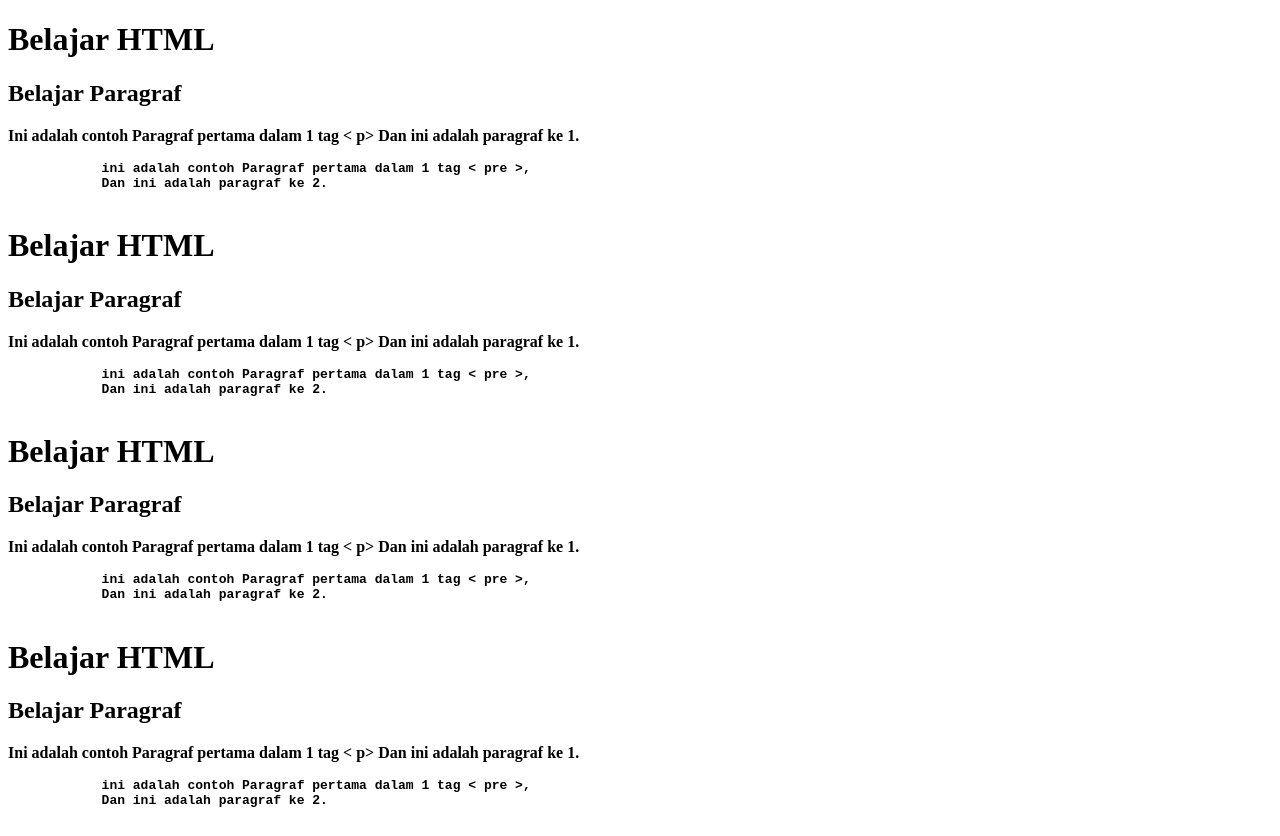
Repository: Gibekkk/WebPro
Page: Tugas HTML 1/index.html
The author's editor kept a copy of each file at every save. The page is drawn from the files as they stood at one save, then again after a run of saves.
The browser window is 1280 px wide. The pictures show the whole page.

Above is the page before, as saved 2024-03-25 09:48:22.

After the next 7 saves:
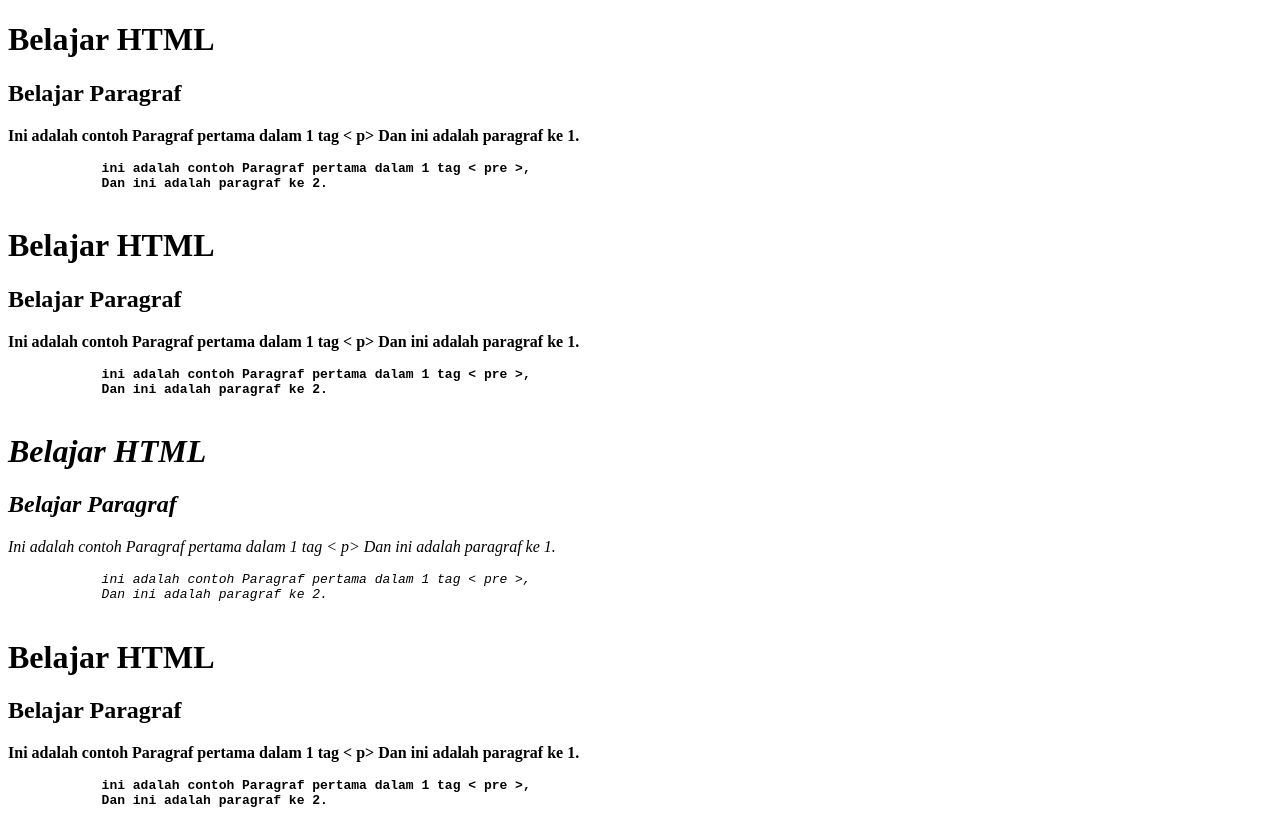
The 7 saves are shown as one change because they came seconds apart.
The last was saved 18 s later.
--- a/Tugas HTML 1/index.html
+++ b/Tugas HTML 1/index.html
@@ -28,16 +28,17 @@
             Dan ini adalah paragraf ke 2.
         </pre>
     </strong>
-    <b>
-        <h1>Belajar HTML</h1>
-        <h2>Belajar Paragraf</h2>
-        <p>Ini adalah contoh Paragraf pertama dalam 1 tag
-            < p> Dan ini adalah paragraf ke 1.</p>
-        <pre>
+    <i>
+    <h1>Belajar HTML</h1>
+    <h2>Belajar Paragraf</h2>
+    <p>Ini adalah contoh Paragraf pertama dalam 1 tag
+        < p> Dan ini adalah paragraf ke 1.</p>
+    <pre>
             ini adalah contoh Paragraf pertama dalam 1 tag < pre >,
             Dan ini adalah paragraf ke 2.
         </pre>
-    </b>
+    </i>
+
     <b>
         <h1>Belajar HTML</h1>
         <h2>Belajar Paragraf</h2>
